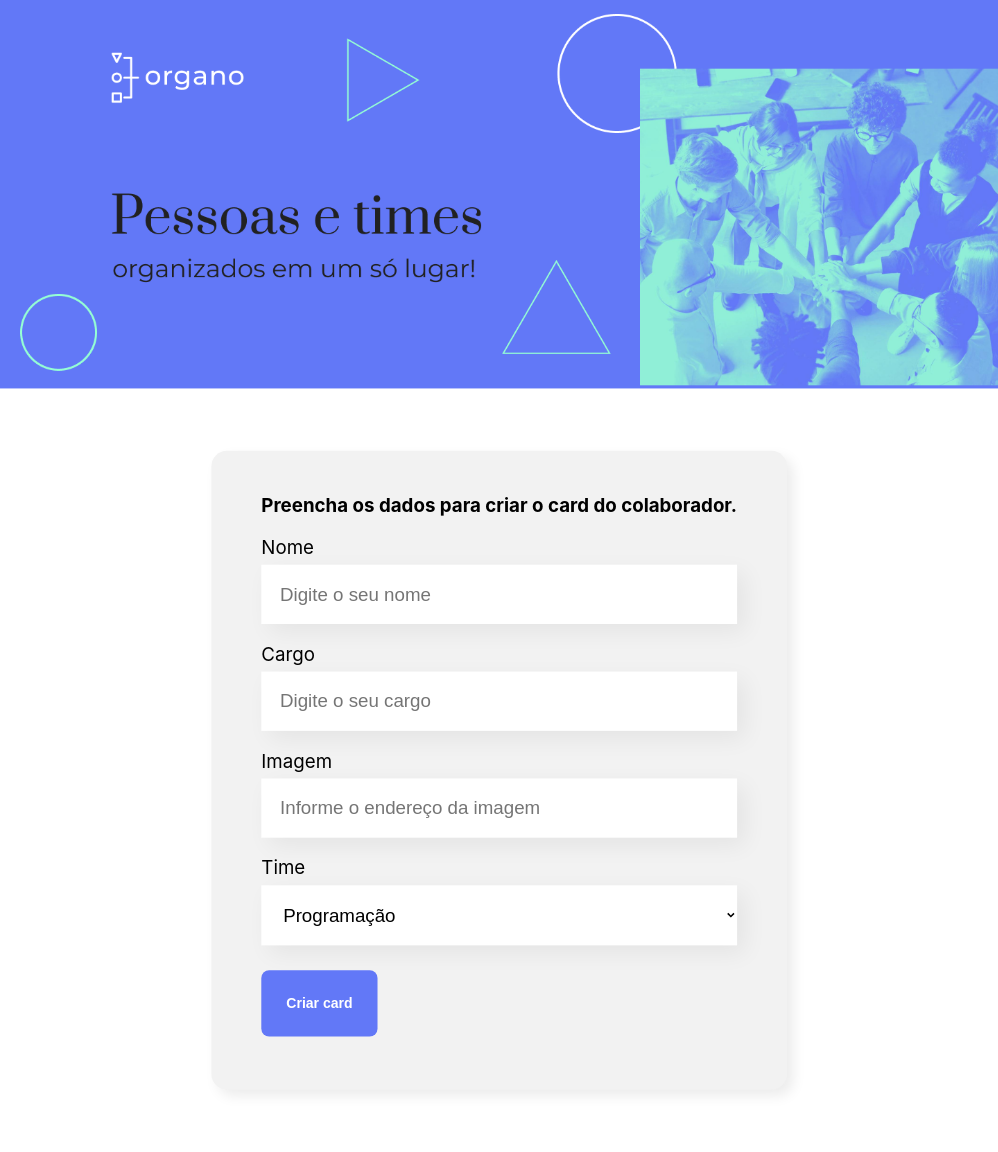
Repository: devMuriloOliveira/organo
Page: /
These files come from the project's save history. The page is drawn as it stood at one moment and after the next save; the edit follows.
The browser window is 1280 px wide. The pictures show the whole page, at 78% of full size.
The project was rebuilt for these pictures with package versions that can differ from the ones it lists, and the page was loaded fresh each time. Also part of the build but not shown: src/componentes/Time/Time.css.

Above is the page before, as saved 2023-01-13 14:47:43.

After the next save:
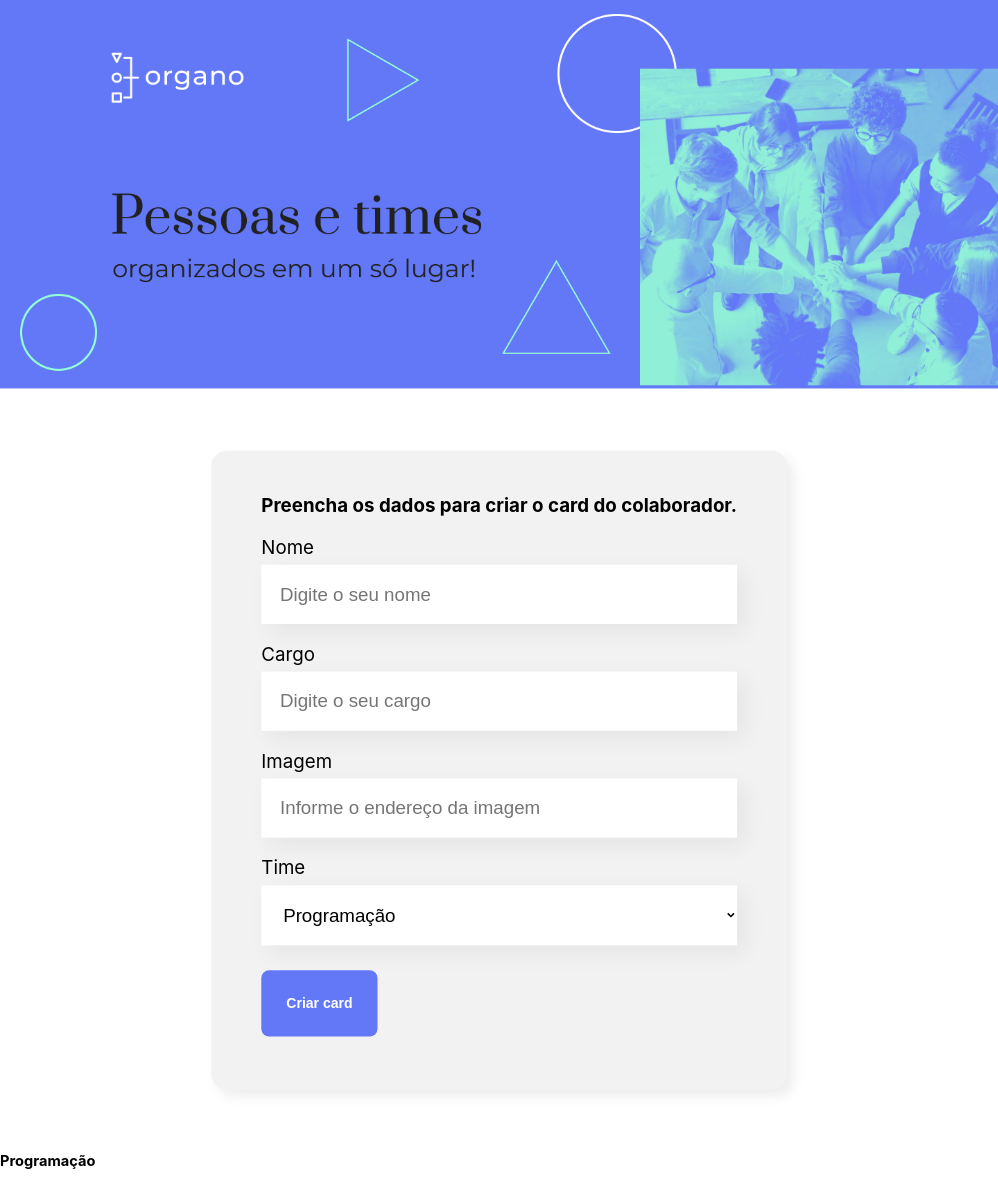
Saved 55 s later.
--- a/src/App.js
+++ b/src/App.js
@@ -18,7 +18,7 @@ function App() {
     <div className="App">
       <Banner/>
       <Formulario aoColaboradorCadastrado={colaborador => aoNovoColaboradorAdicionado(colaborador)} />
-      <Time/>
+      <Time nome="Programação"/>
 
     </div>
   )
